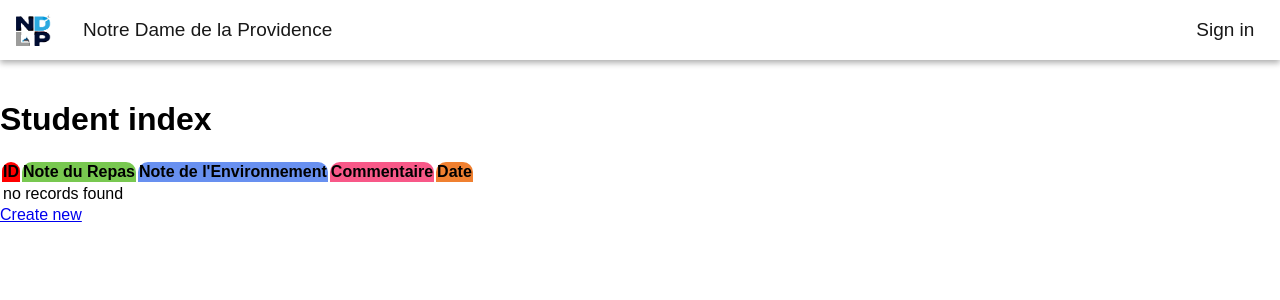
Repository: yaperson/self-feedback1
Page: templates/student/index.html.twig
The author's editor kept a copy of each file at every save. The page is drawn from the files as they stood at one save, then again after the next save.
The browser window is 1280 px wide. The pictures show the whole page.
The page is a Twig template of a Symfony application; nobody is signed in and links lead nowhere. The template is opened directly, without the code that normally fills it, so the values that code supplies are empty.

Above is the page before, as saved 2021-12-14 10:44:20.
Console error: TypeError: Cannot read properties of null (reading 'querySelectorAll')

### templates/student/index.html.twig
{% extends 'base.html.twig' %}

{% block title %}Student index{% endblock %}

{% block body %}
    <h1>Student index</h1>

    <script>
        const compare = function(ids, asc)
        {
            return function(row1, row2)
            {
                const tdValue = function(row, ids)
                {
                    return row.children[ids].textContent;
                }

                const tri = function(v1, v2)
                {
                    if (v1 !== '' && v2 !== '' && !isNaN(v1) && !isNaN(v2))
                    {
                        return v1 - v2;
                    }

                    else
                    {
                        return v1.toString().localeCompare(v2);
                    }

                    return v1 !== '' && v2 !== '' && !isNaN(v1) && !isNaN(v2) ? v1 - v2 : v1.toString().localeCompare(v2);
                };

                return tri(tdValue(asc ? row1 : row2, ids), tdValue(asc ? row2 : row1, ids));
            }
        }

        const tbody = document.querySelector('tbody');
        const thx = document.querySelectorAll('th');
        const trxb = tbody.querySelectorAll('tr');

        thx.forEach(function(th)
        {
            th.addEventListener('click', function()
            {
                let classe = Array.from(trxb).sort(compare(Array.from(thx).indexOf(th), this.asc = !this.asc));

                classe.forEach(function(tr)
                {
                    tbody.appendChild(tr)
                });
            })
        });
    </script>

    <table class="table">
        <thead>
            <tr>
                <th style="background-color:#FF0000; border-top-left-radius: 10px; -moz-border-radius-topleft: 10px; -webkit-border-top-left-radius: 10px; -khtml-border-top-left-radius: 10px; -icab-border-top-left-radius: 10px; -o-border-top-left-radius: 10px; border-top-right-radius: 10px; -moz-border-radius-topright: 10px; -webkit-border-top-right-radius: 10px; -khtml-border-top-right-radius: 10px; -icab-border-top-right-radius: 10px; -o-border-top-right-radius: 10px;">ID</th>
                <th style="background-color:#78C850; border-top-left-radius: 10px; -moz-border-radius-topleft: 10px; -webkit-border-top-left-radius: 10px; -khtml-border-top-left-radius: 10px; -icab-border-top-left-radius: 10px; -o-border-top-left-radius: 10px; border-top-right-radius: 10px; -moz-border-radius-topright: 10px; -webkit-border-top-right-radius: 10px; -khtml-border-top-right-radius: 10px; -icab-border-top-right-radius: 10px; -o-border-top-right-radius: 10px;">Note du Repas</th>
                <th style="background-color:#6890F0; border-top-left-radius: 10px; -moz-border-radius-topleft: 10px; -webkit-border-top-left-radius: 10px; -khtml-border-top-left-radius: 10px; -icab-border-top-left-radius: 10px; -o-border-top-left-radius: 10px; border-top-right-radius: 10px; -moz-border-radius-topright: 10px; -webkit-border-top-right-radius: 10px; -khtml-border-top-right-radius: 10px; -icab-border-top-right-radius: 10px; -o-border-top-right-radius: 10px;">Note de l'Environnement</th>
                <th style="background-color:#F85888; border-top-left-radius: 10px; -moz-border-radius-topleft: 10px; -webkit-border-top-left-radius: 10px; -khtml-border-top-left-radius: 10px; -icab-border-top-left-radius: 10px; -o-border-top-left-radius: 10px; border-top-right-radius: 10px; -moz-border-radius-topright: 10px; -webkit-border-top-right-radius: 10px; -khtml-border-top-right-radius: 10px; -icab-border-top-right-radius: 10px; -o-border-top-right-radius: 10px;">Commentaire</th>
                <th style="background-color:#F08030; border-top-left-radius: 10px; -moz-border-radius-topleft: 10px; -webkit-border-top-left-radius: 10px; -khtml-border-top-left-radius: 10px; -icab-border-top-left-radius: 10px; -o-border-top-left-radius: 10px; border-top-right-radius: 10px; -moz-border-radius-topright: 10px; -webkit-border-top-right-radius: 10px; -khtml-border-top-right-radius: 10px; -icab-border-top-right-radius: 10px; -o-border-top-right-radius: 10px;">Date</th>
            </tr>
        </thead>
        <tbody>
        {% for student in students %}
            <tr>
                <td>{{ student.id }}</td>
                <td>{{ student.noteRepas }}</td>
                <td>{{ student.noteValeurEnvironnement }}</td>
                <td>{{ student.noteCommentaire }}</td>
                <td>{{ student.noteDate ? student.noteDate|date('Y-m-d') : '' }}</td>
            </tr>
        {% else %}
            <tr>
                <td colspan="6">no records found</td>
            </tr>
        {% endfor %}
        </tbody>
    </table>

    <a href="{{ path('student_new') }}">Create new</a>
{% endblock %}

### templates/base.html.twig
<!doctype html>
<html lang="en">
  <head>
    <meta charset="utf-8">
    <meta name="viewport" content="width=device-width, initial-scale=1, shrink-to-fit=no">
    <meta name="description" content="">
    <meta name="author" content="">
    <title>
        {% block title %} Welcome!
        {% endblock %}

    </title>
    <link rel="shortcut icon" href="images/cropped-cropped-NDLP-3-min-e1544695116495.png" type="image/x-icon">
    <link rel="stylesheet" href="css/style.css">
    <link rel="stylesheet" href="css/home.css">
    <!-- Bootstrap core CSS -->
    {# <link rel="stylesheet" href="/css/bootstrap.css" > #}
    {# <link rel="stylesheet" href="/css/starter-template.css" > #}

    <!-- Bootstrap core JS    # MIS EN COMMENTAIRE CAR BUGUE, A REGLER #
    <script src="js/bootstrap.js" > -->

 {% block stylesheets %}
 {% endblock %}
 {% block javascripts %}
 {% endblock %}

  </head>

  <body>
        <nav class="topnav" id="myTopnav">
          <div id="left">
            <img class="topnav__link img" src="/images/cropped-cropped-NDLP-3-min-e1544695116495.png">
            <span class="topnav__link">Notre Dame de la Providence</span>
          </div>
          {% if is_granted('ROLE_USER') %}
              <div class="nav-link disabled">
                <i class="fas fa-user"></i>
                {% if app.user %}
                  <strong>{{ app.user.username }}</strong>
                {% endif %}
              </div>
              <a class="topnav__link" id="right" href="{{ path('app_logout') }}">{{'Logout'|trans}}</a>
              {% else %}
              <a class="topnav__link" id="right" href="{{ path('app_login') }}">{{'Sign in'|trans}}</a>
              {% endif %}
        </nav>

    <main>
          {% block body %}{% endblock %}

    </main><!-- /.container -->
    {#
    <!-- Bootstrap core JavaScript
    ================================================== -->
    <!-- Placed at the end of the document so the pages load faster -->
    <script src="https://code.jquery.com/jquery-3.2.1.slim.min.js" integrity="sha384-KJ3o2DKtIkvYIK3UENzmM7KCkRr/rE9/Qpg6aAZGJwFDMVNA/GpGFF93hXpG5KkN" crossorigin="anonymous"></script>
    <script>window.jQuery || document.write('<script src="../../../../assets/js/vendor/jquery-slim.min.js"><\/script>')</script>
    <script src="../../../../assets/js/vendor/popper.min.js"></script>
    <script src="../../../../dist/js/bootstrap.min.js"></script> #}
  </body>
</html>

### public/css/style.css
html{
    width: 100%;
    width: 100%;
    height: 100%;
}


body{
    display: grid;
    margin: 0;
    width: 100%;
    height: 100vh;
    font-family: Arial, Helvetica, sans-serif;
}

main {
  margin-top: 5rem;
}

#btn5 {
  background: linear-gradient(180deg, #2aa1d4 0%, rgba(42, 158, 207, 0.992) 0.01%, rgba(43, 158, 207, 0.65) 99.97%, rgba(41, 157, 207, 0.67) 99.98%, rgba(45, 170, 225, 0.89) 100%);
  box-shadow: 0px 4px 4px rgba(0, 0, 0, 0.12);
  border-radius: 30px;
  border: none;
}
/***********************************************/
.topnav {
  overflow: hidden;
  background-color: rgb(255, 255, 255);
  box-shadow: 0 3px 6px 0 rgb(175, 175, 175);
  user-select: none;
  z-index: 2;
  display: flex;
  align-items: center;
  justify-content: space-between;
  position: fixed;
  width: 100%;
}
.topnav .topnav__link {
  float: left;
  color: #181818;
  padding: 14px 16px;
  text-decoration: none;
  font-size: 19px;
  transition: 0.2s;
}
#left {
  display: flex;
  align-items: center;
}
#right {
  float: right;
  /* margin-left: 75%; */
  padding-right: 2%;
}
.img {
  width: 35px;
  height: 32px;
  left: 11px;
  top: 7px;
}
.topnav .topnav__link:hover {
  color: #060c18;
  transition: 0.2s;
}
  /*****/
  .foo-container {
    display: flex;
    position: absolute;
    justify-content: center;
    align-items: center;
    bottom: 0;
    width: 100%;
    /* height: 164px; */
    color: white;
    background: #424242;
  }
  .bloc {
    display: flex;
    justify-content: space-around;
    margin: 10px;
    width: 50%;
  }

/***********************************************/

.error{
  display: flex;
  position: absolute;
  justify-content: center;
  align-items: center;
  width: 100%;
  height: 50px;
  background-color: red;
  animation: kboom infinite 1s;
  color: white;
}

@keyframes kboom {
  0%{
    background-color: red;
  }
  100%{
    background-color: blue;
  }
}



element.style {
  background-image: url(assets/img/image1.jpg);
  height: 100vh;
}
.bg-image {
  display: flex;
  justify-content: center;
  align-items: center;
  position: relative;
  overflow: hidden;
  background-repeat: no-repeat;
  background-size: cover;
  background-position: 50%;
}

@media (max-width: 750px) {
  .foo-container {
    color: #b6b6fb;
  }
  .topnav {
    max-width: 100%;
  }
}

### public/css/home.css
.main__title{
    display: flex;
    justify-content: center;
}

.title{
    font-size: 5rem;
    transition: 0.2s;
    animation: fromTop 2s ;
}

/***************/
.main__btn{
    justify-content: center;
    align-content: center;
    align-items: center;
    text-align: center;
    display: flex;
}

#btn5{
    display: flex;
    align-items: center;
    justify-content: center;
    position: relative;
    overflow: hidden;
    color: rgb(255, 255, 255);
    mix-blend-mode: normal;
    cursor: pointer;
    outline: none;
    border: none;
    width: 20%;
    height: 60px;
    text-decoration: none;
}
.TxtBtn {
    position: relative;
    pointer-events: none;
}

@media screen and (max-width: 750px) {
    main{
        max-width: 100%;
        height: 80%;
    }
    h1 {
        font-size: 60px;
        margin: auto;
    }
    h3{
        font-size: 50px;
    }
    #target{
        font-size: 50px;
    }
    #btn5{
        width: 200px;
    }
}

@keyframes fromTop {
    0% {
        color: rgba(0, 0, 0, 0);
        transition: 0.2s;
        margin-top: 20px;
    }
    100% {
        color: rgb(0, 0, 0);
        /* transition: 0.2s; */
    }
}

After the next save:
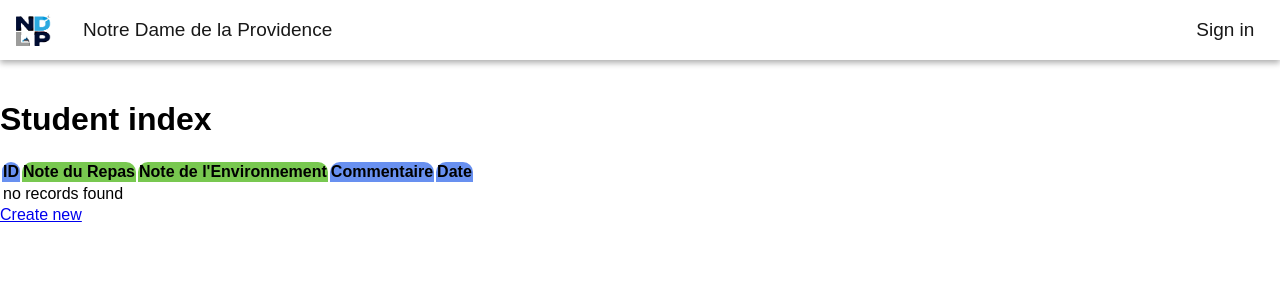
Saved 76 s later.
--- a/templates/student/index.html.twig
+++ b/templates/student/index.html.twig
@@ -55,11 +55,11 @@
     <table class="table">
         <thead>
             <tr>
-                <th style="background-color:#FF0000; border-top-left-radius: 10px; -moz-border-radius-topleft: 10px; -webkit-border-top-left-radius: 10px; -khtml-border-top-left-radius: 10px; -icab-border-top-left-radius: 10px; -o-border-top-left-radius: 10px; border-top-right-radius: 10px; -moz-border-radius-topright: 10px; -webkit-border-top-right-radius: 10px; -khtml-border-top-right-radius: 10px; -icab-border-top-right-radius: 10px; -o-border-top-right-radius: 10px;">ID</th>
+                <th style="background-color:#6890F0; border-top-left-radius: 10px; -moz-border-radius-topleft: 10px; -webkit-border-top-left-radius: 10px; -khtml-border-top-left-radius: 10px; -icab-border-top-left-radius: 10px; -o-border-top-left-radius: 10px; border-top-right-radius: 10px; -moz-border-radius-topright: 10px; -webkit-border-top-right-radius: 10px; -khtml-border-top-right-radius: 10px; -icab-border-top-right-radius: 10px; -o-border-top-right-radius: 10px;">ID</th>
                 <th style="background-color:#78C850; border-top-left-radius: 10px; -moz-border-radius-topleft: 10px; -webkit-border-top-left-radius: 10px; -khtml-border-top-left-radius: 10px; -icab-border-top-left-radius: 10px; -o-border-top-left-radius: 10px; border-top-right-radius: 10px; -moz-border-radius-topright: 10px; -webkit-border-top-right-radius: 10px; -khtml-border-top-right-radius: 10px; -icab-border-top-right-radius: 10px; -o-border-top-right-radius: 10px;">Note du Repas</th>
-                <th style="background-color:#6890F0; border-top-left-radius: 10px; -moz-border-radius-topleft: 10px; -webkit-border-top-left-radius: 10px; -khtml-border-top-left-radius: 10px; -icab-border-top-left-radius: 10px; -o-border-top-left-radius: 10px; border-top-right-radius: 10px; -moz-border-radius-topright: 10px; -webkit-border-top-right-radius: 10px; -khtml-border-top-right-radius: 10px; -icab-border-top-right-radius: 10px; -o-border-top-right-radius: 10px;">Note de l'Environnement</th>
-                <th style="background-color:#F85888; border-top-left-radius: 10px; -moz-border-radius-topleft: 10px; -webkit-border-top-left-radius: 10px; -khtml-border-top-left-radius: 10px; -icab-border-top-left-radius: 10px; -o-border-top-left-radius: 10px; border-top-right-radius: 10px; -moz-border-radius-topright: 10px; -webkit-border-top-right-radius: 10px; -khtml-border-top-right-radius: 10px; -icab-border-top-right-radius: 10px; -o-border-top-right-radius: 10px;">Commentaire</th>
-                <th style="background-color:#F08030; border-top-left-radius: 10px; -moz-border-radius-topleft: 10px; -webkit-border-top-left-radius: 10px; -khtml-border-top-left-radius: 10px; -icab-border-top-left-radius: 10px; -o-border-top-left-radius: 10px; border-top-right-radius: 10px; -moz-border-radius-topright: 10px; -webkit-border-top-right-radius: 10px; -khtml-border-top-right-radius: 10px; -icab-border-top-right-radius: 10px; -o-border-top-right-radius: 10px;">Date</th>
+                <th style="background-color:#78C850; border-top-left-radius: 10px; -moz-border-radius-topleft: 10px; -webkit-border-top-left-radius: 10px; -khtml-border-top-left-radius: 10px; -icab-border-top-left-radius: 10px; -o-border-top-left-radius: 10px; border-top-right-radius: 10px; -moz-border-radius-topright: 10px; -webkit-border-top-right-radius: 10px; -khtml-border-top-right-radius: 10px; -icab-border-top-right-radius: 10px; -o-border-top-right-radius: 10px;">Note de l'Environnement</th>
+                <th style="background-color:#6890F0; border-top-left-radius: 10px; -moz-border-radius-topleft: 10px; -webkit-border-top-left-radius: 10px; -khtml-border-top-left-radius: 10px; -icab-border-top-left-radius: 10px; -o-border-top-left-radius: 10px; border-top-right-radius: 10px; -moz-border-radius-topright: 10px; -webkit-border-top-right-radius: 10px; -khtml-border-top-right-radius: 10px; -icab-border-top-right-radius: 10px; -o-border-top-right-radius: 10px;">Commentaire</th>
+                <th style="background-color:#6890F0; border-top-left-radius: 10px; -moz-border-radius-topleft: 10px; -webkit-border-top-left-radius: 10px; -khtml-border-top-left-radius: 10px; -icab-border-top-left-radius: 10px; -o-border-top-left-radius: 10px; border-top-right-radius: 10px; -moz-border-radius-topright: 10px; -webkit-border-top-right-radius: 10px; -khtml-border-top-right-radius: 10px; -icab-border-top-right-radius: 10px; -o-border-top-right-radius: 10px;">Date</th>
             </tr>
         </thead>
         <tbody>

After the save that followed:
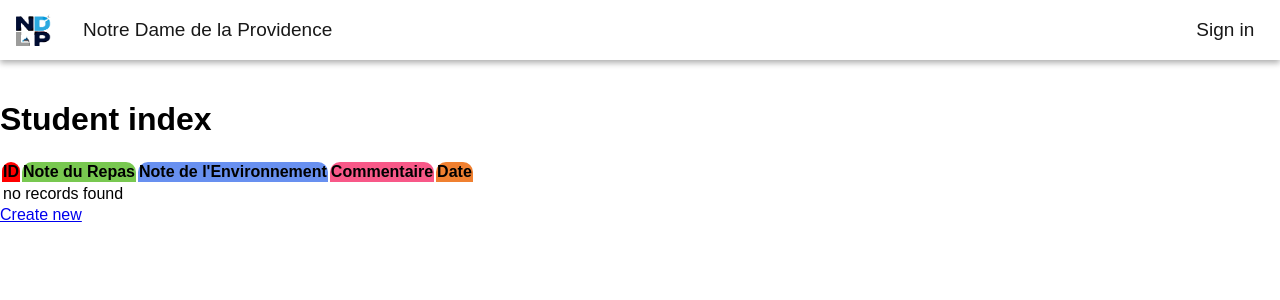
Saved 25 s later.
--- a/templates/student/index.html.twig
+++ b/templates/student/index.html.twig
@@ -55,11 +55,11 @@
     <table class="table">
         <thead>
             <tr>
-                <th style="background-color:#6890F0; border-top-left-radius: 10px; -moz-border-radius-topleft: 10px; -webkit-border-top-left-radius: 10px; -khtml-border-top-left-radius: 10px; -icab-border-top-left-radius: 10px; -o-border-top-left-radius: 10px; border-top-right-radius: 10px; -moz-border-radius-topright: 10px; -webkit-border-top-right-radius: 10px; -khtml-border-top-right-radius: 10px; -icab-border-top-right-radius: 10px; -o-border-top-right-radius: 10px;">ID</th>
+                <th style="background-color:#FF0000; border-top-left-radius: 10px; -moz-border-radius-topleft: 10px; -webkit-border-top-left-radius: 10px; -khtml-border-top-left-radius: 10px; -icab-border-top-left-radius: 10px; -o-border-top-left-radius: 10px; border-top-right-radius: 10px; -moz-border-radius-topright: 10px; -webkit-border-top-right-radius: 10px; -khtml-border-top-right-radius: 10px; -icab-border-top-right-radius: 10px; -o-border-top-right-radius: 10px;">ID</th>
                 <th style="background-color:#78C850; border-top-left-radius: 10px; -moz-border-radius-topleft: 10px; -webkit-border-top-left-radius: 10px; -khtml-border-top-left-radius: 10px; -icab-border-top-left-radius: 10px; -o-border-top-left-radius: 10px; border-top-right-radius: 10px; -moz-border-radius-topright: 10px; -webkit-border-top-right-radius: 10px; -khtml-border-top-right-radius: 10px; -icab-border-top-right-radius: 10px; -o-border-top-right-radius: 10px;">Note du Repas</th>
-                <th style="background-color:#78C850; border-top-left-radius: 10px; -moz-border-radius-topleft: 10px; -webkit-border-top-left-radius: 10px; -khtml-border-top-left-radius: 10px; -icab-border-top-left-radius: 10px; -o-border-top-left-radius: 10px; border-top-right-radius: 10px; -moz-border-radius-topright: 10px; -webkit-border-top-right-radius: 10px; -khtml-border-top-right-radius: 10px; -icab-border-top-right-radius: 10px; -o-border-top-right-radius: 10px;">Note de l'Environnement</th>
-                <th style="background-color:#6890F0; border-top-left-radius: 10px; -moz-border-radius-topleft: 10px; -webkit-border-top-left-radius: 10px; -khtml-border-top-left-radius: 10px; -icab-border-top-left-radius: 10px; -o-border-top-left-radius: 10px; border-top-right-radius: 10px; -moz-border-radius-topright: 10px; -webkit-border-top-right-radius: 10px; -khtml-border-top-right-radius: 10px; -icab-border-top-right-radius: 10px; -o-border-top-right-radius: 10px;">Commentaire</th>
-                <th style="background-color:#6890F0; border-top-left-radius: 10px; -moz-border-radius-topleft: 10px; -webkit-border-top-left-radius: 10px; -khtml-border-top-left-radius: 10px; -icab-border-top-left-radius: 10px; -o-border-top-left-radius: 10px; border-top-right-radius: 10px; -moz-border-radius-topright: 10px; -webkit-border-top-right-radius: 10px; -khtml-border-top-right-radius: 10px; -icab-border-top-right-radius: 10px; -o-border-top-right-radius: 10px;">Date</th>
+                <th style="background-color:#6890F0; border-top-left-radius: 10px; -moz-border-radius-topleft: 10px; -webkit-border-top-left-radius: 10px; -khtml-border-top-left-radius: 10px; -icab-border-top-left-radius: 10px; -o-border-top-left-radius: 10px; border-top-right-radius: 10px; -moz-border-radius-topright: 10px; -webkit-border-top-right-radius: 10px; -khtml-border-top-right-radius: 10px; -icab-border-top-right-radius: 10px; -o-border-top-right-radius: 10px;">Note de l'Environnement</th>
+                <th style="background-color:#F85888; border-top-left-radius: 10px; -moz-border-radius-topleft: 10px; -webkit-border-top-left-radius: 10px; -khtml-border-top-left-radius: 10px; -icab-border-top-left-radius: 10px; -o-border-top-left-radius: 10px; border-top-right-radius: 10px; -moz-border-radius-topright: 10px; -webkit-border-top-right-radius: 10px; -khtml-border-top-right-radius: 10px; -icab-border-top-right-radius: 10px; -o-border-top-right-radius: 10px;">Commentaire</th>
+                <th style="background-color:#F08030; border-top-left-radius: 10px; -moz-border-radius-topleft: 10px; -webkit-border-top-left-radius: 10px; -khtml-border-top-left-radius: 10px; -icab-border-top-left-radius: 10px; -o-border-top-left-radius: 10px; border-top-right-radius: 10px; -moz-border-radius-topright: 10px; -webkit-border-top-right-radius: 10px; -khtml-border-top-right-radius: 10px; -icab-border-top-right-radius: 10px; -o-border-top-right-radius: 10px;">Date</th>
             </tr>
         </thead>
         <tbody>
